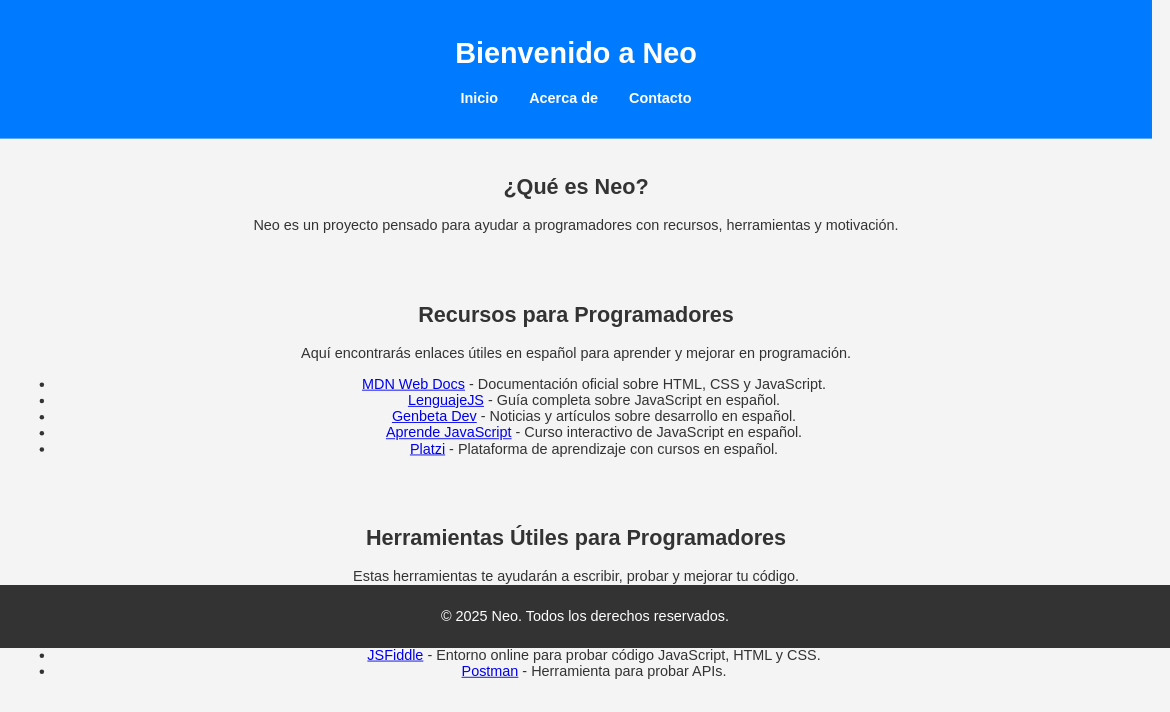
Repository: TapZc/getya_proyect
Page: index.html
An editor plug-in stored every save of this project. The page is shown before and after the next save, followed by the edit.
The browser window is 1280 px wide. The page is 1300 px wide, so the pictures cover 1300 px, including what lies to the right of the window. The pictures show the whole page, at 90% of full size.

Above is the page before, as saved 2025-02-21 07:08:39.

### index.html
<!DOCTYPE html>
<html lang="es">
<head>
    <meta charset="UTF-8">
    <meta name="viewport" content="width=device-width, initial-scale=1.0">
    <title>Neo</title>
    <link rel="stylesheet" href="styles.css">
</head>
<body>
    <header>
        <h1>Bienvenido a Neo</h1>
        <nav>
            <ul>
                <li><a href="#">Inicio</a></li>
                <li><a href="#">Acerca de</a></li>
                <li><a href="#">Contacto</a></li>
            </ul>
        </nav>
    </header>

    <section>
        <h2>¿Qué es Neo?</h2>
        <p>Neo es un proyecto pensado para ayudar a programadores con recursos, herramientas y motivación.</p>
    </section>

    <section>
        <h2>Recursos para Programadores</h2>
        <p>Aquí encontrarás enlaces útiles en español para aprender y mejorar en programación.</p>
        <ul>
            <li><a href="https://developer.mozilla.org/es/" target="_blank">MDN Web Docs</a> - Documentación oficial sobre HTML, CSS y JavaScript.</li>
            <li><a href="https://lenguajejs.com/" target="_blank">LenguajeJS</a> - Guía completa sobre JavaScript en español.</li>
            <li><a href="https://www.genbeta.com/desarrollo" target="_blank">Genbeta Dev</a> - Noticias y artículos sobre desarrollo en español.</li>
            <li><a href="https://aprendejavascript.org/" target="_blank">Aprende JavaScript</a> - Curso interactivo de JavaScript en español.</li>
            <li><a href="https://platzi.com/" target="_blank">Platzi</a> - Plataforma de aprendizaje con cursos en español.</li>
        </ul>
    </section>

    <section>
        <h2>Herramientas Útiles para Programadores</h2>
        <p>Estas herramientas te ayudarán a escribir, probar y mejorar tu código.</p>
        <ul>
            <li><a href="https://code.visualstudio.com/" target="_blank">Visual Studio Code</a> - Editor de código ligero y potente.</li>
            <li><a href="https://github.com/" target="_blank">GitHub</a> - Plataforma para gestionar proyectos y colaborar en código.</li>
            <li><a href="https://git-scm.com/" target="_blank">Git</a> - Sistema de control de versiones.</li>
            <li><a href="https://jsfiddle.net/" target="_blank">JSFiddle</a> - Entorno online para probar código JavaScript, HTML y CSS.</li>
            <li><a href="https://www.postman.com/" target="_blank">Postman</a> - Herramienta para probar APIs.</li>
        </ul>
    </section>

    <footer>
        <p>&copy; 2025 Neo. Todos los derechos reservados.</p>
    </footer>
</body>
</html>

### styles.css
/* Estilos generales */
body {
    font-family: Arial, sans-serif;
    margin: 0;
    padding: 0;
    background-color: #f4f4f4;
    color: #333;
}

/* Encabezado */
header {
    background-color: #007bff;
    color: white;
    text-align: center;
    padding: 20px;
}

/* Navegación */
nav ul {
    list-style: none;
    padding: 0;
}

nav ul li {
    display: inline;
    margin: 0 15px;
}

nav ul li a {
    text-decoration: none;
    color: white;
    font-weight: bold;
}

/* Sección */
section {
    text-align: center;
    padding: 20px;
}

/* Pie de página */
footer {
    background-color: #333;
    color: white;
    text-align: center;
    padding: 10px;
    position: absolute;
    bottom: 0;
    width: 100%;
}

After the next save:
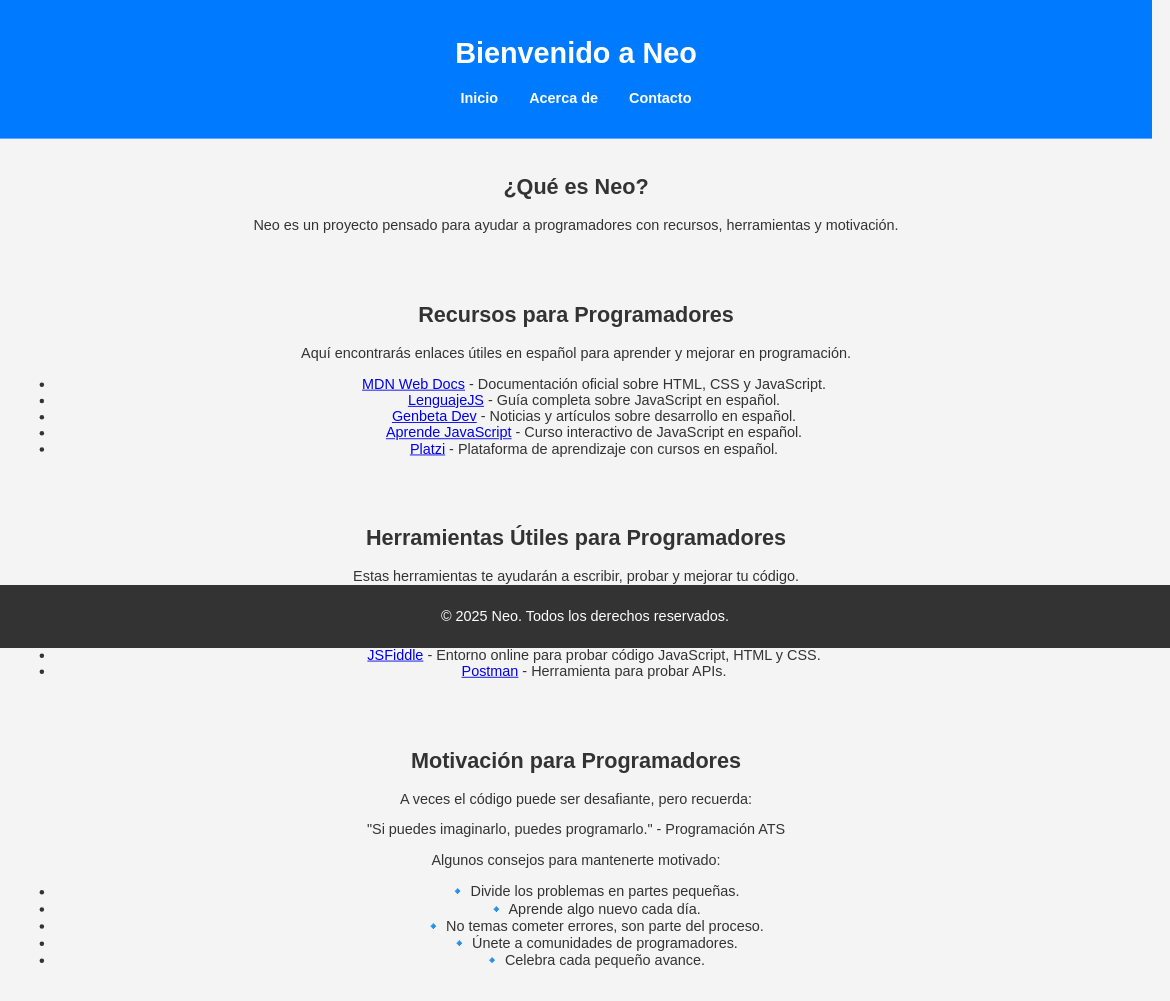
Saved 3 min 36 s later.
--- a/index.html
+++ b/index.html
@@ -47,6 +47,23 @@
         </ul>
     </section>
 
+    <section>
+        <h2>Motivación para Programadores</h2>
+        <p>A veces el código puede ser desafiante, pero recuerda:</p>
+        <blockquote>
+            "Si puedes imaginarlo, puedes programarlo." - Programación ATS
+        </blockquote>
+        <p>Algunos consejos para mantenerte motivado:</p>
+        <ul>
+            <li>🔹 Divide los problemas en partes pequeñas.</li>
+            <li>🔹 Aprende algo nuevo cada día.</li>
+            <li>🔹 No temas cometer errores, son parte del proceso.</li>
+            <li>🔹 Únete a comunidades de programadores.</li>
+            <li>🔹 Celebra cada pequeño avance.</li>
+        </ul>
+    </section>
+
+
     <footer>
         <p>&copy; 2025 Neo. Todos los derechos reservados.</p>
     </footer>
